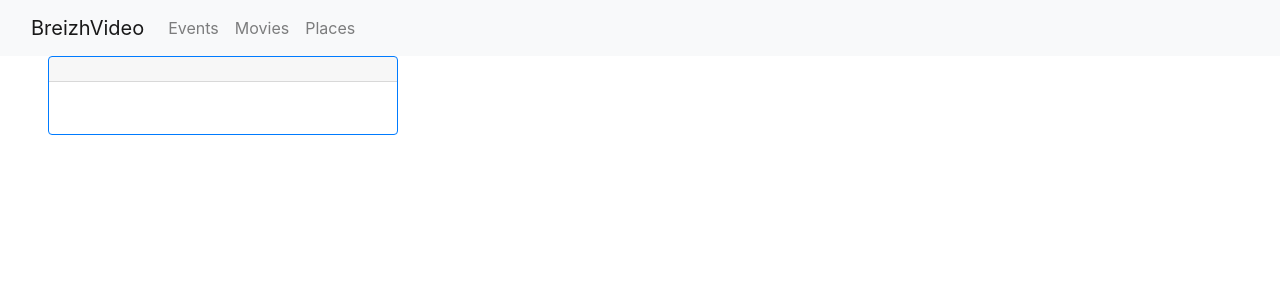
Repository: romgrm/Hackaton_BreizhVideo_FRONT
Page: /Movies
These files come from the project's save history. The page is drawn as it stood at one moment and after a run of saves; the edit follows.
The browser window is 1280 px wide. The pictures show the whole page.
The page's requests for data from a server got no answer. The project was rebuilt for these pictures with package versions that can differ from the ones it lists, and the page was loaded fresh each time. No one was signed in, and anything a server would have sent is missing. Also part of the build but not shown: src/Components/Events.js, src/Components/Village.js.

Above is the page before, as saved 2020-12-21 16:14:20.

### src/index.js
import React from 'react';
import ReactDOM from 'react-dom';
import App from './App';
import {BrowserRouter} from 'react-router-dom'


ReactDOM.render(
  <BrowserRouter>
    <App />
  </BrowserRouter>,
  document.getElementById('root')
);

### src/App.js
import bootstrap from '../node_modules/bootstrap/dist/css/bootstrap.min.css'
import Header from './Components/Header'
import {Switch, Route} from 'react-router-dom'
import Films from './Components/Films'
import Events from './Components/Events';
import Village from './Components/Village';


function App() {
  return (
    <>
    <Header />
    <Switch>
      <Route path="/Events" component={Events} />
      <Route path="/Movies" component={Films} />
      <Route path="/Places" component={Village} />
      <Route path="/" />
    </Switch>
    </>
  );
}

export default App;

### src/Components/Header.js
import React from 'react'
import {Link} from 'react-router-dom'

export default function Header() {
    return (
        <nav className="navbar navbar-expand-lg navbar-light bg-light">
  <div className="container-fluid">
    <Link className="navbar-brand" to="/">BreizhVideo</Link>
    <button className="navbar-toggler" type="button" data-bs-toggle="collapse" data-bs-target="#navbarNav" aria-controls="navbarNav" aria-expanded="false" aria-label="Toggle navigation">
      <span className="navbar-toggler-icon"></span>
    </button>
    <div className="collapse navbar-collapse" id="navbarNav">
      <ul className="navbar-nav">
        <li className="nav-item">
          <Link className="nav-link" to="/Events">Events</Link>
        </li>
        <li className="nav-item">
          <Link className="nav-link" to="/Movies">Movies</Link>
        </li>
        <li className="nav-item">
          <Link className="nav-link" to="/Places">Places</Link>
        </li>
      </ul>
    </div>
  </div>
</nav>
    )
}

### src/Components/Films.js
import React, { useState, useEffect } from 'react'
import axios from 'axios'

export default function Films() {

    const [film, setFilm] = useState([]);

    useEffect(() => {

        async function fetchData() {

            const url1 = await axios('http://localhost:8080/Film');
            setFilm(url1.data)
            console.log(film)
            // const url2 = await axios('http://localhost:9090/Agence/' + id);
            // setDataAgence(url2.data)
        }

        fetchData();
    }, []);

    return (
        <div className="row mx-5">

            <div class="card border-primary mb-3" style={{width: 350}}>
                <div class="card-header">{film.map((current) => (
                    current.title
                    ))}</div>
                <div class="card-body text-primary">
                    <p class="card-title">{film.map((current ,index) => (
                    current.releaseYear
                    ))}</p>
                    <p class="card-text">{film.map((current) => (
                    current.description
                    ))}</p>
                </div>
            </div>
            </div>
    )
}

Loaded but not shown: public/index.html (common file)

After the next 4 saves:
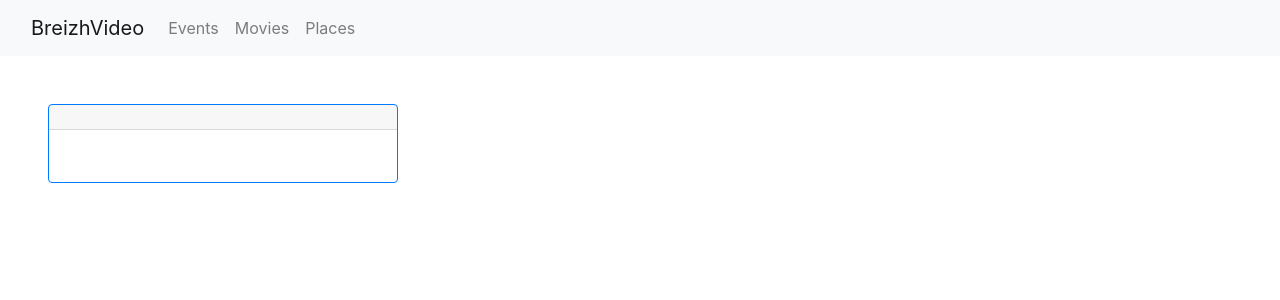
The 4 saves are shown as one change because they came seconds apart.
The last was saved 16 s later.
--- a/src/Components/Films.js
+++ b/src/Components/Films.js
@@ -20,7 +20,7 @@ export default function Films() {
     }, []);
 
     return (
-        <div className="row mx-5">
+        <div className="row mx-5 mt-5">
 
             <div class="card border-primary mb-3" style={{width: 350}}>
                 <div class="card-header">{film.map((current) => (
